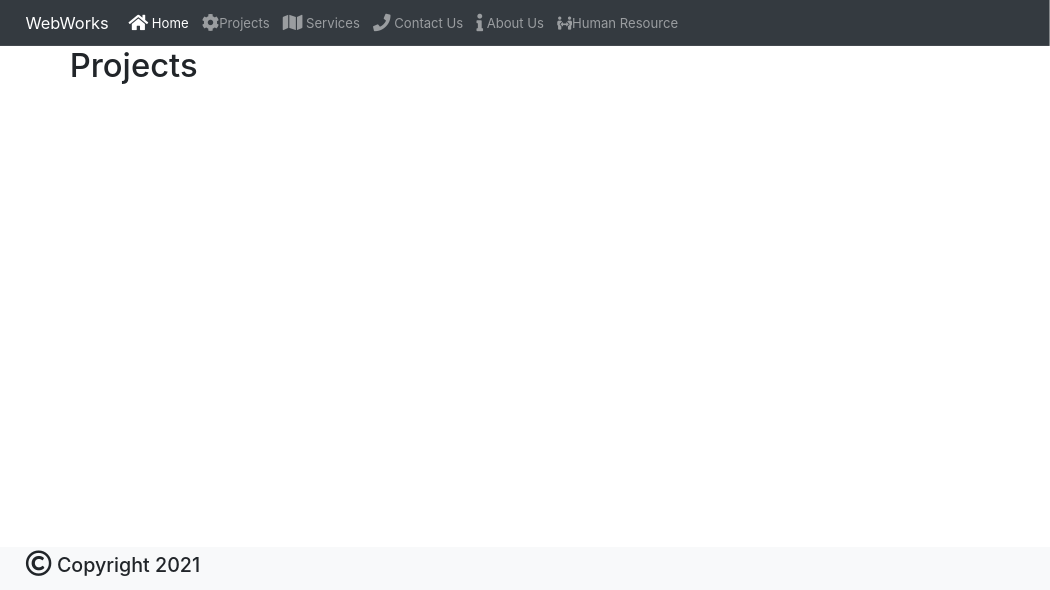
Repository: JonathonWager/Webd6202Lab1
Page: projects.html
These files come from the project's save history. The page is drawn as it stood at one moment and after the next save; the edit follows.
The browser window is 1280 px wide. The pictures show the whole page, at 82% of full size.

Above is the page before, as saved 2021-02-05 20:08:22.
Not found: Content/app.css

After the next save:
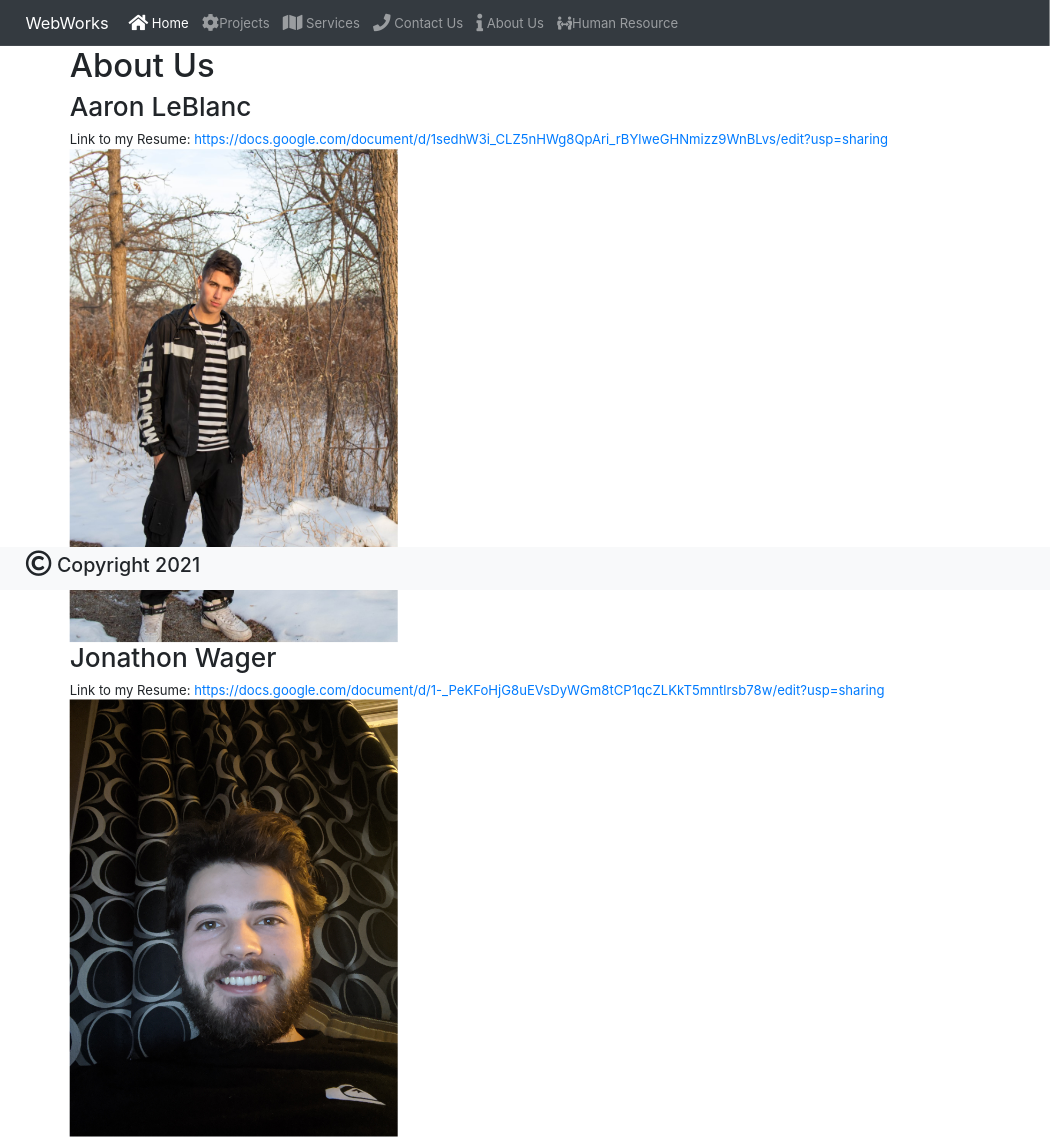
Saved 67 s later.
--- a/projects.html
+++ b/projects.html
@@ -47,7 +47,18 @@
 
     <!-- Main Content -->
     <main class="container">
-        <h1>Projects</h1>
+      <h1>About Us</h1>
+      <h2>Aaron LeBlanc</h2>
+      <div> Link to my Resume:  <a href="url">https://docs.google.com/document/d/1sedhW3i_CLZ5nHWg8QpAri_rBYlweGHNmizz9WnBLvs/edit?usp=sharing</a></div>
+      <div id="AboutAaronContent"> </div>
+      <img src="/Pictures/About us Page/PictureOfAaron.jpg" width = 400px; alt="Deck of Cards">
+
+      <h2>Jonathon Wager</h2>
+      <div> Link to my Resume:  <a href="url">https://docs.google.com/document/d/1-_PeKFoHjG8uEVsDyWGm8tCP1qcZLKkT5mntlrsb78w/edit?usp=sharing</a></div>
+      <div id="AboutJonathonContent"> </div>
+      <img src="/Pictures/About us Page/Jonathonpic.jpg" width = 400px; alt="Deck of Cards">
+
+
     </main>
 
     <!-- Main Footer -->
